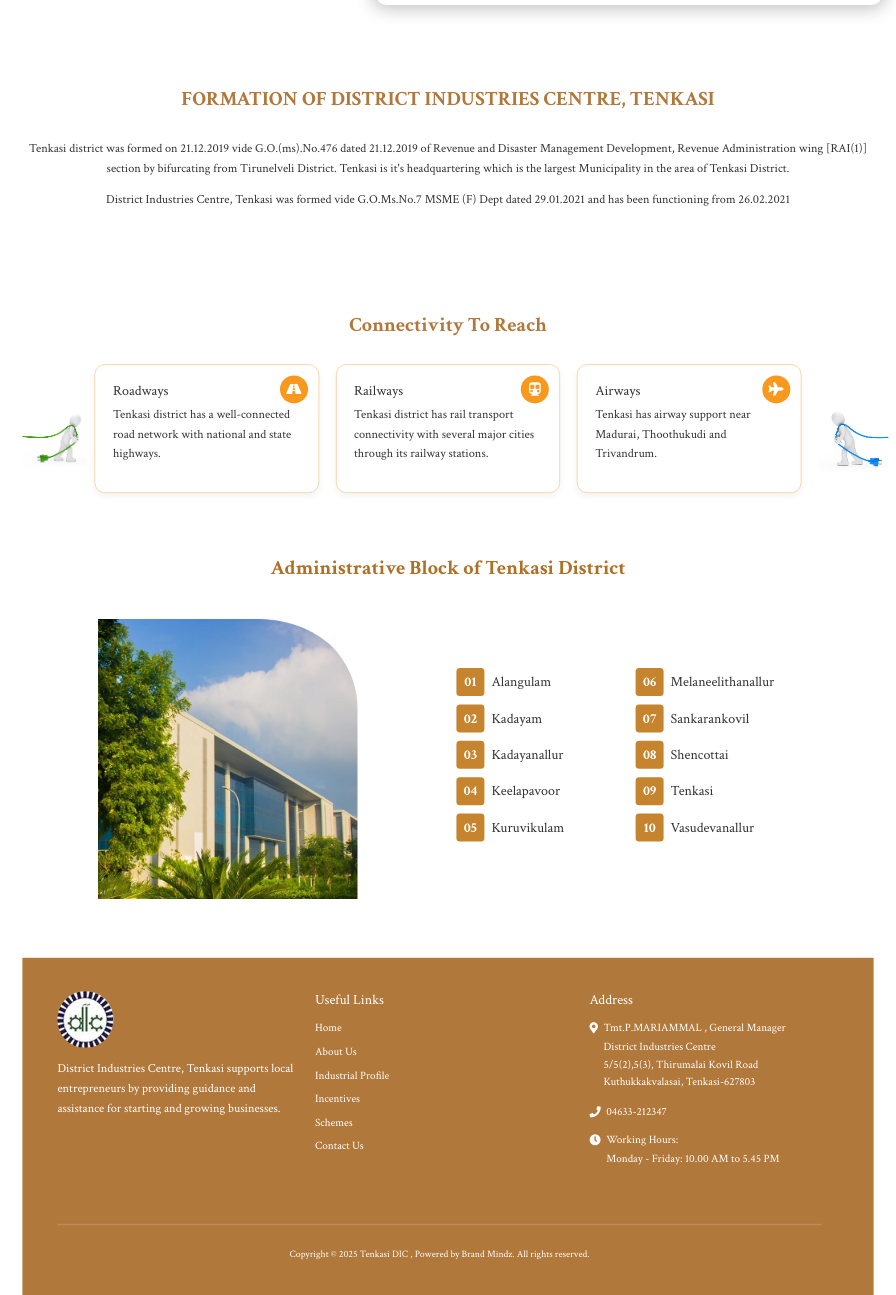
Repository: Brand-Mindz-Global-Technology-Pvt-Ltd/TenkasiDIC--FrontEnd
Page: About US/aboutus.html
An editor plug-in stored every save of this project. The page is shown before and after the next save, followed by the edit.
The browser window is 1280 px wide. The pictures show the part of the page from y = 1136 to 3056 px (the page is 2986 px tall before and 3056 px after), at 70% of full size.

Above is the page before, as saved 2025-07-09 11:32:39.

After the next save:
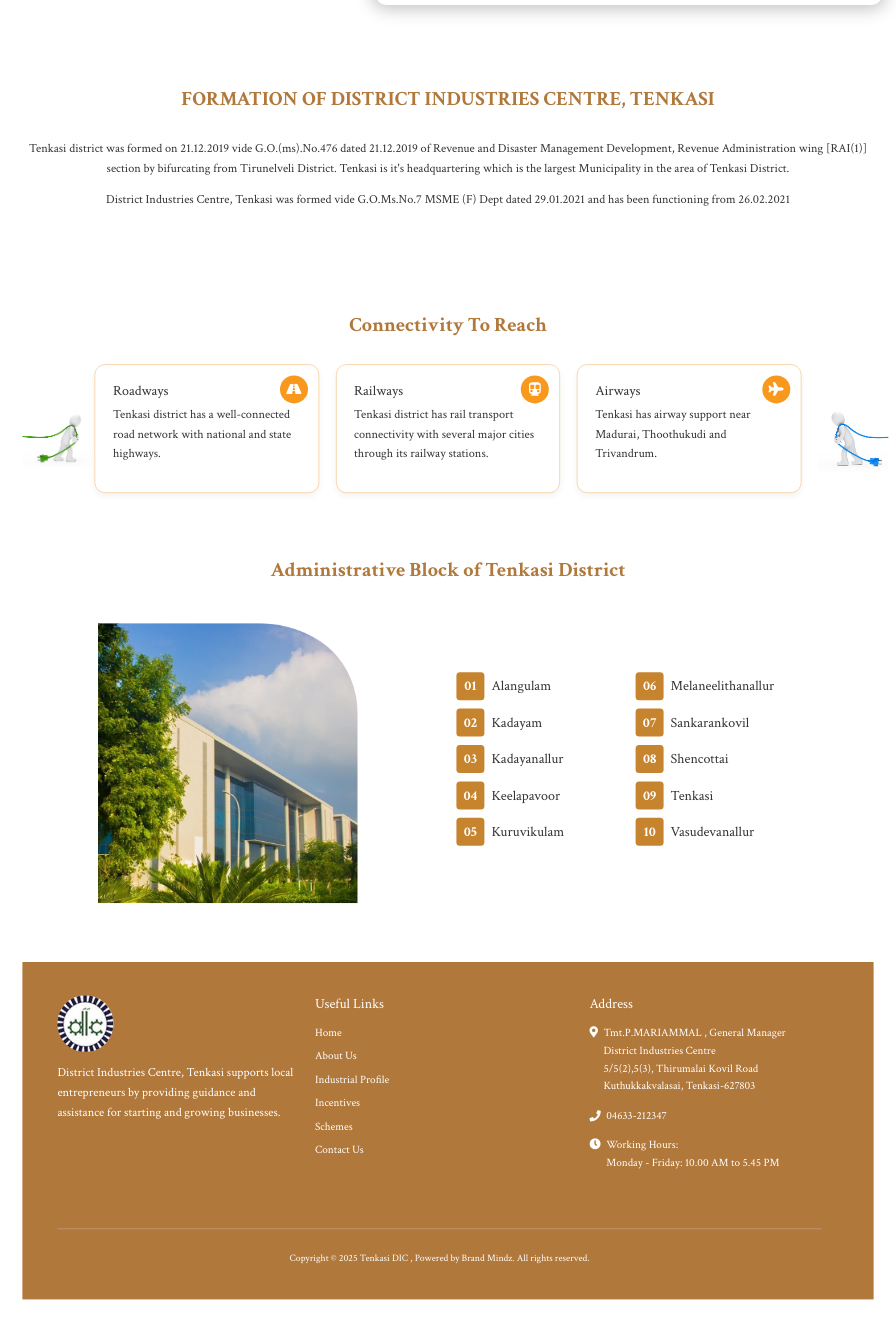
Saved 5 s later.
--- a/About US/aboutus.html
+++ b/About US/aboutus.html
@@ -166,8 +166,9 @@
   </div>
 
   <!-- Administrative Blocks - Updated to match Image 1 layout -->
-  <div class="admin-title">Administrative Block of Tenkasi District</div>
-  <div class="admin-blocks">
+  <div class="section">
+    <div class="section-title">Administrative Block of Tenkasi District</div>
+    <div class="admin-blocks">
     <div class="row align-items-center">
       <div class="col-lg-6 mb-4 mb-lg-0">
         <img src="../img/Admin.png" class="admin-image" alt="Admin Building">
